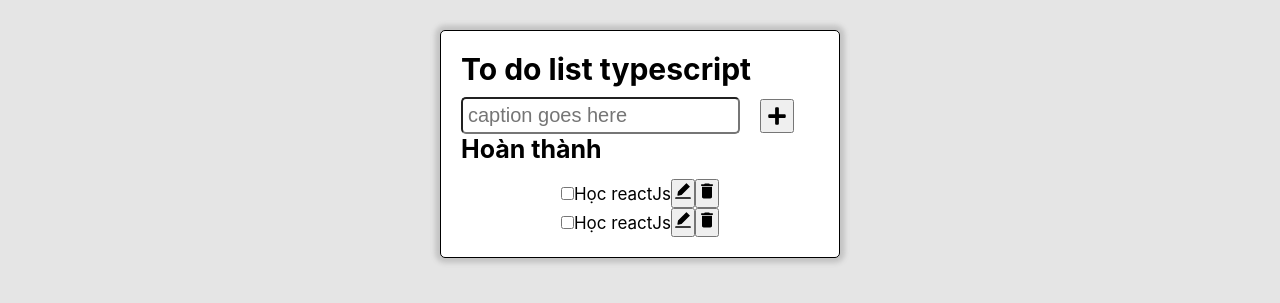
Repository: Nhatktvn/TodoListReactTs
Page: /
These files come from the project's save history. The page is drawn as it stood at one moment and after the next save; the edit follows.
The browser window is 1280 px wide. The pictures show the whole page.
The project was rebuilt for these pictures with package versions that can differ from the ones it lists, and the page was loaded fresh each time.

Above is the page before, as saved 2023-11-08 09:00:10.

### src/index.css
* {
  margin: 0;
  padding: 0;
  box-sizing: border-box;
}

html {
  font-size: 10px;
  --font-size: 2rem;
}

body {
  margin: 0;
  font-family: -apple-system, BlinkMacSystemFont, 'Segoe UI', 'Roboto', 'Oxygen', 'Ubuntu', 'Cantarell', 'Fira Sans',
    'Droid Sans', 'Helvetica Neue', sans-serif;
  -webkit-font-smoothing: antialiased;
  -moz-osx-font-smoothing: grayscale;
  background-color: #e5e5e5;
}

input,
button {
  font-size: var(--font-size);
}
code {
  font-family: source-code-pro, Menlo, Monaco, Consolas, 'Courier New', monospace;
}

### src/App.tsx
import React from 'react'
import './App.css'
import TodoList from './components/TodoList/TodoList'

function App() {
  return (
    <div className='App'>
      <TodoList />
    </div>
  )
}

export default App

### src/components/TodoList/TodoList.tsx
import React from 'react'
import styles from './todoList.module.scss'
import TaskInput from '../TaskInput/TaskInput'
import TaskList from '../TaskList/TaskList'
export default function TodoList() {
  return (
    <div className={styles.todoList}>
      <div className={styles.todoListContainer}>
        <TaskInput />
        <TaskList />
      </div>
    </div>
  )
}

### src/components/TodoList/todoList.module.scss
.todoList {
  padding: 3rem;
}
.todoListContainer {
  background-color: #fff;
  padding: 2rem;
  max-width: 40rem;
  border-radius: 5px;
  margin: 0 auto;
  border: 1px solid #000;
  box-shadow: 0px 0px 5px 5px #c4c4c4;
  text-align: left;
}

### src/components/TaskInput/TaskInput.tsx
import React from 'react'
import styles from './taskInput.module.scss'
import { FaPlus } from 'react-icons/fa'
export default function TaskInput() {
  return (
    <div>
      <h1 className={styles.title}>To do list typescript</h1>
      <form className={styles.form}>
        <input type='text' placeholder='caption goes here' />
        <button type='submit'>
          <FaPlus />
        </button>
      </form>
    </div>
  )
}

### src/components/TaskList/TaskList.tsx
import React from 'react'
import styles from './tasklist.module.scss'
import { AiFillEdit } from 'react-icons/ai'
import { MdDelete } from 'react-icons/md'
export default function TaskList() {
  return (
    <div>
      <h2 className={styles.title}>Hoàn thành</h2>
      <div className={styles.tasks}>
        <div className={styles.task}>
          <input type='checkbox' />
          <span>Học reactJs</span>
          <div className={styles.taskAction}>
            <button className={styles.btn}>
              <AiFillEdit />
            </button>
            <button className={styles.btn}>
              <MdDelete />
            </button>
          </div>
        </div>
        <div className={styles.task}>
          <input type='checkbox' />
          <span>Học reactJs</span>
          <div className={styles.taskAction}>
            <button className={styles.btn}>
              <AiFillEdit />
            </button>
            <button className={styles.btn}>
              <MdDelete />
            </button>
          </div>
        </div>
      </div>
    </div>
  )
}

### src/components/TaskInput/taskInput.module.scss
.title {
  font-size: 3rem;
  margin-bottom: 1rem;
}

.form {
  display: flex;
  justify-content: left;
  align-items: center;
  gap: 2rem;
  input {
    padding: 5px;
    border-radius: 5px;
  }
  button {
    flex-shrink: 0;
    cursor: pointer;
    display: flex;
    justify-content: center;
    align-items: center;
    padding: 5px;
  }
}

### src/components/TaskList/tasklist.module.scss
.title {
  font-size: 2.5rem;
  margin-bottom: 1.5rem;
}
.tasks {
  .task {
    span {
      font-size: 1.7rem;
    }
    display: flex;
    justify-content: center;
    align-items: center;
  }
}

Loaded but not shown: public/index.html (common file); src/index.tsx (common file); src/reportWebVitals.ts (common file); src/App.css (common file)

After the next save:
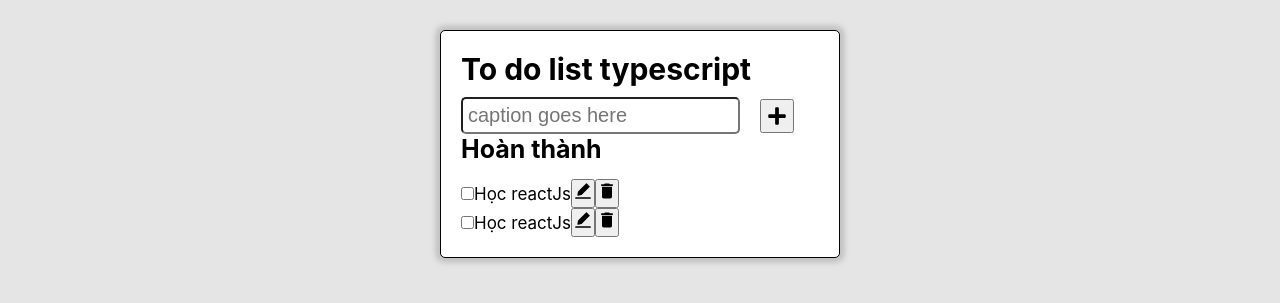
Saved 8 s later.
--- a/src/components/TaskList/tasklist.module.scss
+++ b/src/components/TaskList/tasklist.module.scss
@@ -8,7 +8,7 @@
       font-size: 1.7rem;
     }
     display: flex;
-    justify-content: center;
+    justify-content: left;
     align-items: center;
   }
 }
